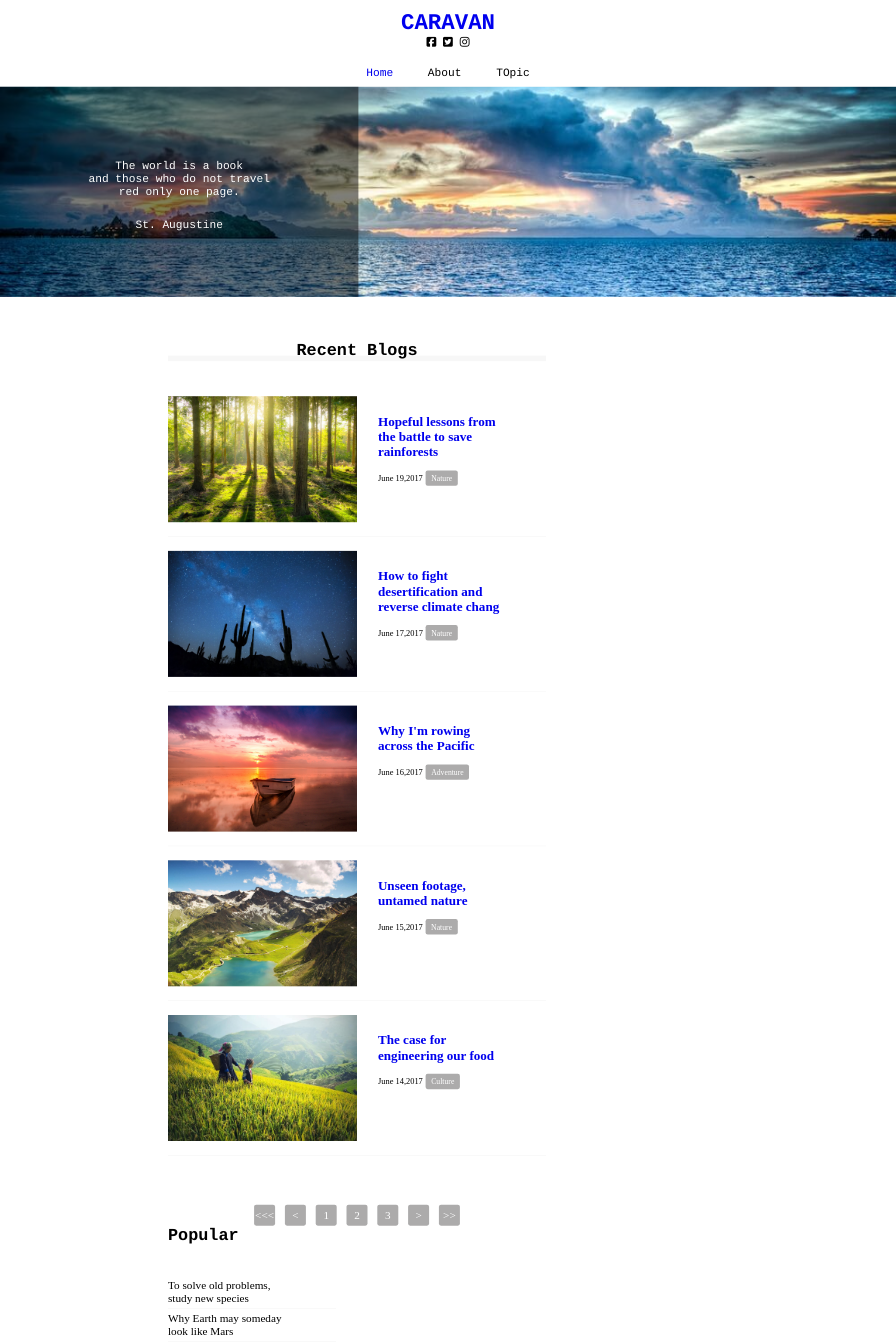
Repository: wakasugisatoi/git
Page: caravan/index2.html
The author's editor kept a record of every edit. The page is drawn from the files as they stood at one moment, then again after the next edit.
The browser window is 1280 px wide. The pictures show the part of the page from y = 0 to 1920 px (the page is 3089 px tall before and 3021 px after), at 70% of full size.
Some web libraries are served in a nearby version.

Above is the page before.

After the next edit:
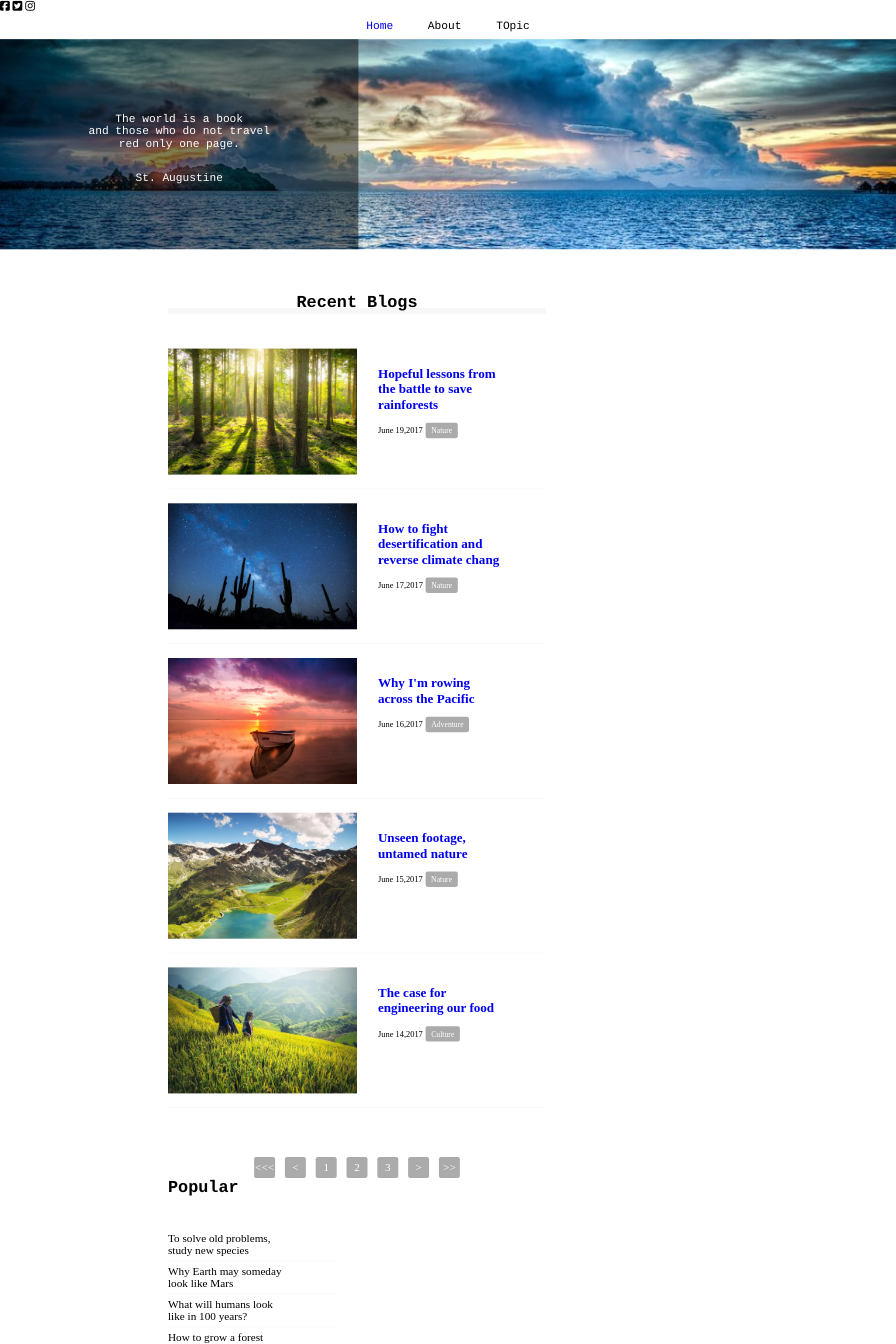
The edit:
--- a/caravan/index2.html
+++ b/caravan/index2.html
@@ -16,10 +16,10 @@
       <!--<div class="header-top"></div>-->
       <!--<div class="header-bottom"></div>-->
     <!--</div>-->
-    <header>
-      <h1 class="heading">
-        <a href="index2.html"> CARAVAN</a>
-      </h1>
+    <!--<header>-->
+      <!--<h1 class="heading">-->
+        <!--<a href="index2.html"> CARAVAN</a>-->
+      <!--</h1>-->
 
       <!--<div class="social">-->
         <i class="fab fa-facebook-square"></i>
